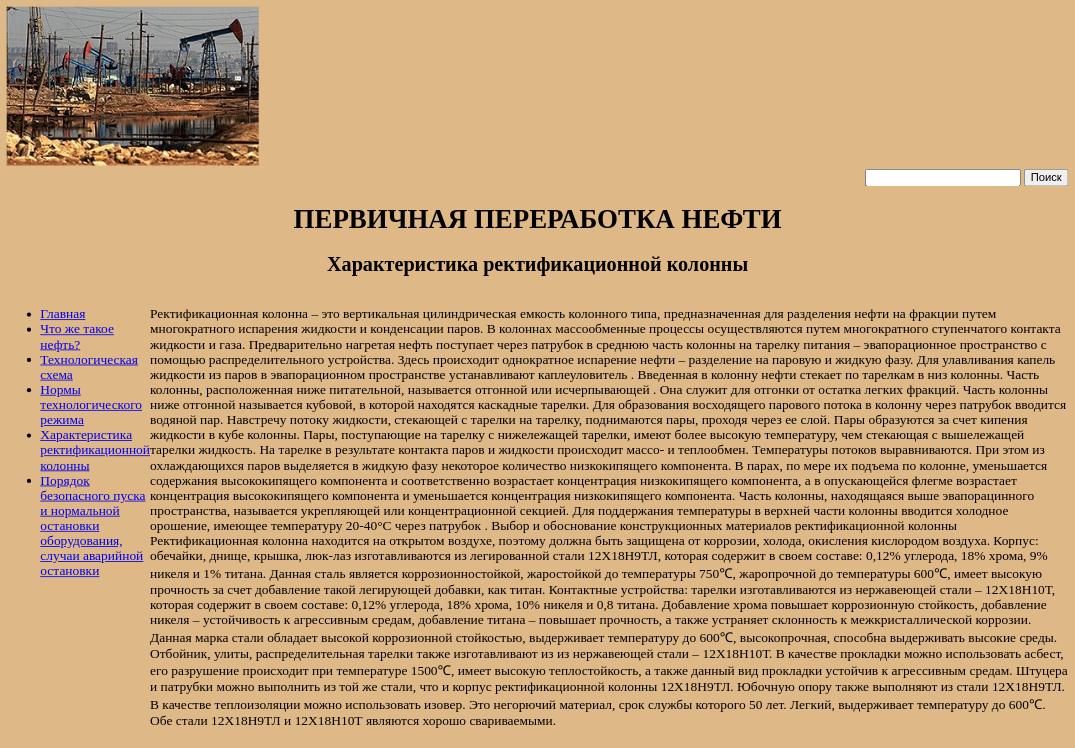
Repository: NastyaSeleznev/NastyaSeleznev.githab.io
Page: week1/harakter.html
The author's editor kept a record of every edit. The page is drawn from the files as they stood at one moment, then again after the next edit.
The browser window is 1280 px wide. The pictures show the whole page, at 84% of full size.

Above is the page before.

### week1/harakter.html
<!doctype html>
	<html>
		<head>
			<meta charset="utf-8">
			<link href="style.css" rel="stylesheet">
			<title>Что же такое нефть?</title>
		</head>
		<body>
			<header>
			<img src="dobycha-nefti.jpg">
			<form action="https://www.google.com/search" method="get" align="right">
  <input type="Искать здесь..." name="search">
  <input type="submit" value="Поиск">
</form>
<h1 align="center">ПЕРВИЧНАЯ ПЕРЕРАБОТКА НЕФТИ</h1>
			</header>
				<h2 align="center">Характеристика ректификационной колонны</h2>
			<div id="flex"
			<nav>
			<ul>
	<li><a href="index.html">Главная</a></li>
	<li><a href="nevti.html">Что же такое нефть?</a></li>
	<li><a href="sxem.html">Технологическая схема</a></li>
	<li><a href="norm.html">Нормы технологического режима</a></li>
	<li><a href="harakter.html">Характеристика ректификационной колонны</a></li>
	<li><a href="por.html">Порядок безопасного пуска и нормальной остановки оборудования, случаи аварийной остановки</a></li>
	</ul>
	</nav>
	<main>
			<p>Ректификационная колонна – это вертикальная цилиндрическая емкость колонного типа, предназначенная для разделения нефти на фракции путем многократного испарения жидкости и конденсации паров.
 В колоннах массообменные процессы осуществляются путем многократного ступенчатого контакта жидкости и газа.
Предварительно нагретая нефть поступает через патрубок в среднюю часть колонны на тарелку питания – эвапорационное пространство с помощью распределительного устройства. Здесь происходит однократное испарение нефти – разделение на паровую и жидкую фазу. Для улавливания капель жидкости из паров в эвапорационном пространстве устанавливают каплеуловитель .
Введенная в колонну нефти стекает по тарелкам в низ колонны. Часть колонны, расположенная ниже питательной, называется отгонной или исчерпывающей . Она служит для отгонки от остатка легких фракций. Часть колонны ниже отгонной называется кубовой, в которой находятся каскадные тарелки. Для образования восходящего парового потока в колонну через патрубок  вводится водяной пар.
Навстречу потоку жидкости, стекающей с тарелки на тарелку, поднимаются пары, проходя через ее слой. Пары образуются за счет кипения жидкости в кубе колонны. Пары, поступающие на тарелку с нижележащей тарелки, имеют более высокую температуру, чем стекающая с вышележащей тарелки жидкость. На тарелке в результате контакта паров и жидкости происходит массо- и теплообмен. Температуры потоков выравниваются. При этом из охлаждающихся паров выделяется в жидкую фазу некоторое количество низкокипящего компонента. В парах, по мере их подъема по колонне, уменьшается содержания высококипящего компонента и соответственно возрастает концентрация низкокипящего компонента, а в опускающейся флегме возрастает концентрация высококипящего компонента и уменьшается концентрация низкокипящего компонента.
Часть колонны, находящаяся выше эвапорацинного пространства, называется укрепляющей или концентрационной секцией.
Для поддержания температуры в верхней части колонны вводится холодное орошение, имеющее температуру 20-40°С через патрубок .
Выбор и обоснование конструкционных материалов ректификационной колонны
Ректификационная колонна находится на открытом воздухе, поэтому должна быть защищена от коррозии, холода, окисления кислородом воздуха.
Корпус: обечайки, днище, крышка, люк-лаз изготавливаются из легированной стали 12Х18Н9ТЛ, которая содержит в своем составе: 0,12% углерода, 18% хрома, 9% никеля и 1% титана. Данная сталь является коррозионностойкой, жаростойкой до температуры 750℃, жаропрочной до температуры 600℃, имеет высокую прочность за счет добавление такой легирующей добавки, как титан.
Контактные устройства: тарелки изготавливаются из нержавеющей стали – 12Х18Н10Т, которая содержит в своем составе: 0,12% углерода, 18% хрома, 10% никеля и 0,8 титана.
Добавление хрома повышает коррозионную стойкость, добавление никеля – устойчивость к агрессивным средам, добавление титана – повышает прочность, а также устраняет склонность к межкристаллической коррозии. Данная марка стали обладает высокой коррозионной стойкостью, выдерживает температуру до 600℃, высокопрочная, способна выдерживать высокие среды.
Отбойник, улиты, распределительная тарелки также изготавливают из из нержавеющей стали – 12Х18Н10Т.
В качестве прокладки можно использовать асбест, его разрушение происходит при температуре 1500℃, имеет высокую теплостойкость, а также данный вид прокладки устойчив к агрессивным средам.
Штуцера и патрубки можно выполнить из той же стали, что и корпус ректификационной колонны 12Х18Н9ТЛ.
Юбочную опору также  выполняют из стали 12Х18Н9ТЛ.
В качестве теплоизоляции можно использовать изовер. Это негорючий материал, срок службы которого 50 лет. Легкий, выдерживает температуру до 600℃.
Обе стали 12Х18Н9ТЛ и 12Х18Н10Т являются хорошо свариваемыми.

			</main>
			</div>
		</body>
	</html>

### week1/style.css
body {
  background-color: #DEB887;
}
#flex {
  display: flex;
  flex-direction: row;
  justify-content: flex-start;
}

nav {
     background-color: #DA70D6;
}

After the next edit:
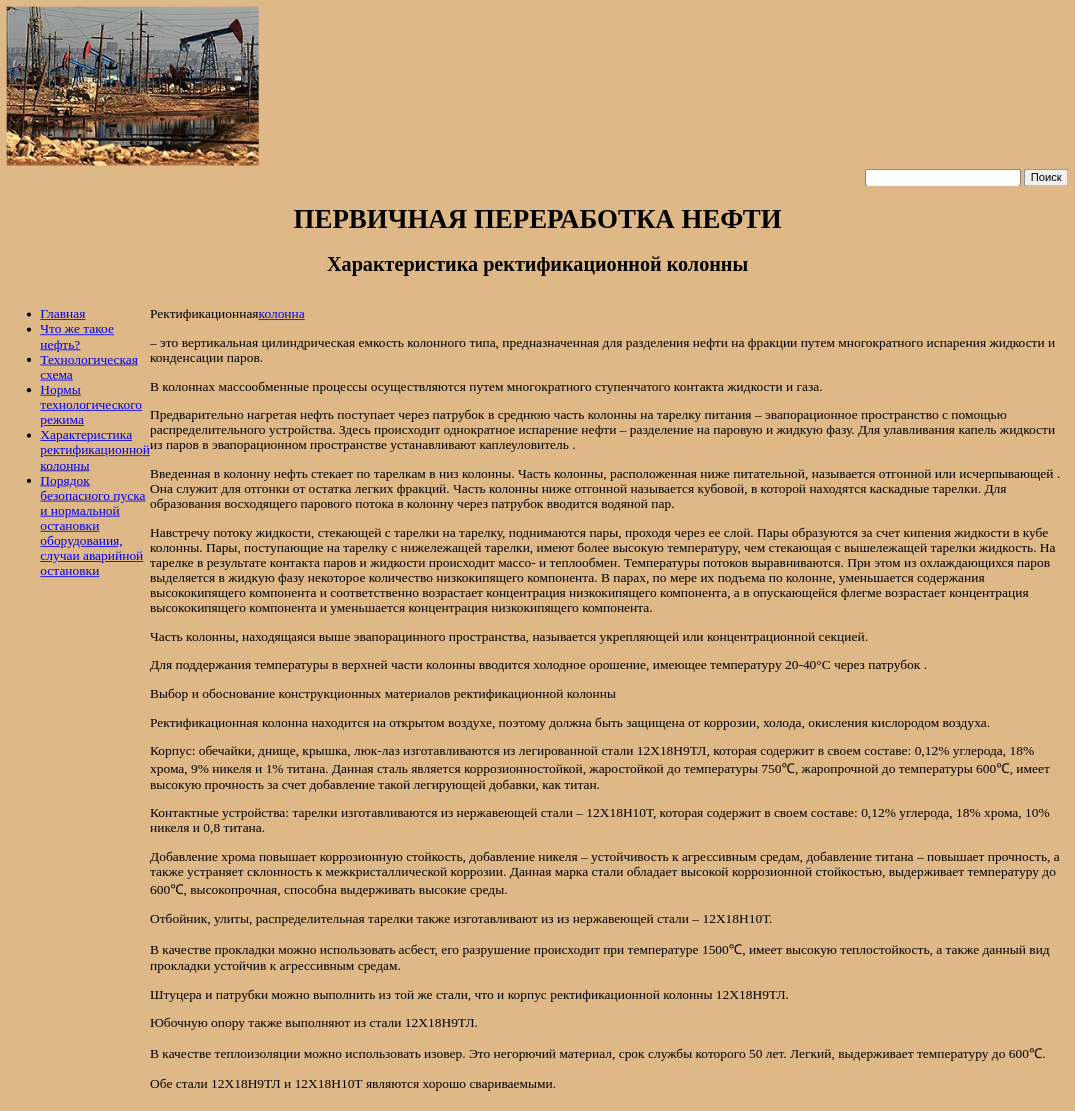
The edit:
--- a/week1/harakter.html
+++ b/week1/harakter.html
@@ -27,24 +27,24 @@
 	</ul>
 	</nav>
 	<main>
-			<p>Ректификационная колонна – это вертикальная цилиндрическая емкость колонного типа, предназначенная для разделения нефти на фракции путем многократного испарения жидкости и конденсации паров.
- В колоннах массообменные процессы осуществляются путем многократного ступенчатого контакта жидкости и газа.
-Предварительно нагретая нефть поступает через патрубок в среднюю часть колонны на тарелку питания – эвапорационное пространство с помощью распределительного устройства. Здесь происходит однократное испарение нефти – разделение на паровую и жидкую фазу. Для улавливания капель жидкости из паров в эвапорационном пространстве устанавливают каплеуловитель .
-Введенная в колонну нефти стекает по тарелкам в низ колонны. Часть колонны, расположенная ниже питательной, называется отгонной или исчерпывающей . Она служит для отгонки от остатка легких фракций. Часть колонны ниже отгонной называется кубовой, в которой находятся каскадные тарелки. Для образования восходящего парового потока в колонну через патрубок  вводится водяной пар.
-Навстречу потоку жидкости, стекающей с тарелки на тарелку, поднимаются пары, проходя через ее слой. Пары образуются за счет кипения жидкости в кубе колонны. Пары, поступающие на тарелку с нижележащей тарелки, имеют более высокую температуру, чем стекающая с вышележащей тарелки жидкость. На тарелке в результате контакта паров и жидкости происходит массо- и теплообмен. Температуры потоков выравниваются. При этом из охлаждающихся паров выделяется в жидкую фазу некоторое количество низкокипящего компонента. В парах, по мере их подъема по колонне, уменьшается содержания высококипящего компонента и соответственно возрастает концентрация низкокипящего компонента, а в опускающейся флегме возрастает концентрация высококипящего компонента и уменьшается концентрация низкокипящего компонента.
-Часть колонны, находящаяся выше эвапорацинного пространства, называется укрепляющей или концентрационной секцией.
-Для поддержания температуры в верхней части колонны вводится холодное орошение, имеющее температуру 20-40°С через патрубок .
-Выбор и обоснование конструкционных материалов ректификационной колонны
-Ректификационная колонна находится на открытом воздухе, поэтому должна быть защищена от коррозии, холода, окисления кислородом воздуха.
-Корпус: обечайки, днище, крышка, люк-лаз изготавливаются из легированной стали 12Х18Н9ТЛ, которая содержит в своем составе: 0,12% углерода, 18% хрома, 9% никеля и 1% титана. Данная сталь является коррозионностойкой, жаростойкой до температуры 750℃, жаропрочной до температуры 600℃, имеет высокую прочность за счет добавление такой легирующей добавки, как титан.
-Контактные устройства: тарелки изготавливаются из нержавеющей стали – 12Х18Н10Т, которая содержит в своем составе: 0,12% углерода, 18% хрома, 10% никеля и 0,8 титана.
-Добавление хрома повышает коррозионную стойкость, добавление никеля – устойчивость к агрессивным средам, добавление титана – повышает прочность, а также устраняет склонность к межкристаллической коррозии. Данная марка стали обладает высокой коррозионной стойкостью, выдерживает температуру до 600℃, высокопрочная, способна выдерживать высокие среды.
-Отбойник, улиты, распределительная тарелки также изготавливают из из нержавеющей стали – 12Х18Н10Т.
-В качестве прокладки можно использовать асбест, его разрушение происходит при температуре 1500℃, имеет высокую теплостойкость, а также данный вид прокладки устойчив к агрессивным средам.
-Штуцера и патрубки можно выполнить из той же стали, что и корпус ректификационной колонны 12Х18Н9ТЛ.
-Юбочную опору также  выполняют из стали 12Х18Н9ТЛ.
-В качестве теплоизоляции можно использовать изовер. Это негорючий материал, срок службы которого 50 лет. Легкий, выдерживает температуру до 600℃.
-Обе стали 12Х18Н9ТЛ и 12Х18Н10Т являются хорошо свариваемыми.
+			<p>Ректификационная<a href="https://youtu.be/_OWTayWge0U">колонна</a></p> – это вертикальная цилиндрическая емкость колонного типа, предназначенная для разделения нефти на фракции путем многократного испарения жидкости и конденсации паров.
+ <p>В колоннах массообменные процессы осуществляются путем многократного ступенчатого контакта жидкости и газа.
+<p>Предварительно нагретая нефть поступает через патрубок в среднюю часть колонны на тарелку питания – эвапорационное пространство с помощью распределительного устройства. Здесь происходит однократное испарение нефти – разделение на паровую и жидкую фазу. Для улавливания капель жидкости из паров в эвапорационном пространстве устанавливают каплеуловитель .
+<p>Введенная в колонну нефть стекает по тарелкам в низ колонны. Часть колонны, расположенная ниже питательной, называется отгонной или исчерпывающей . Она служит для отгонки от остатка легких фракций. Часть колонны ниже отгонной называется кубовой, в которой находятся каскадные тарелки. Для образования восходящего парового потока в колонну через патрубок  вводится водяной пар.
+<p>Навстречу потоку жидкости, стекающей с тарелки на тарелку, поднимаются пары, проходя через ее слой. Пары образуются за счет кипения жидкости в кубе колонны. Пары, поступающие на тарелку с нижележащей тарелки, имеют более высокую температуру, чем стекающая с вышележащей тарелки жидкость. На тарелке в результате контакта паров и жидкости происходит массо- и теплообмен. Температуры потоков выравниваются. При этом из охлаждающихся паров выделяется в жидкую фазу некоторое количество низкокипящего компонента. В парах, по мере их подъема по колонне, уменьшается содержания высококипящего компонента и соответственно возрастает концентрация низкокипящего компонента, а в опускающейся флегме возрастает концентрация высококипящего компонента и уменьшается концентрация низкокипящего компонента.
+<p>Часть колонны, находящаяся выше эвапорацинного пространства, называется укрепляющей или концентрационной секцией.
+<p>Для поддержания температуры в верхней части колонны вводится холодное орошение, имеющее температуру 20-40°С через патрубок .
+<p>Выбор и обоснование конструкционных материалов ректификационной колонны
+<p>Ректификационная колонна находится на открытом воздухе, поэтому должна быть защищена от коррозии, холода, окисления кислородом воздуха.
+<p>Корпус: обечайки, днище, крышка, люк-лаз изготавливаются из легированной стали 12Х18Н9ТЛ, которая содержит в своем составе: 0,12% углерода, 18% хрома, 9% никеля и 1% титана. Данная сталь является коррозионностойкой, жаростойкой до температуры 750℃, жаропрочной до температуры 600℃, имеет высокую прочность за счет добавление такой легирующей добавки, как титан.
+<p>Контактные устройства: тарелки изготавливаются из нержавеющей стали – 12Х18Н10Т, которая содержит в своем составе: 0,12% углерода, 18% хрома, 10% никеля и 0,8 титана.
+<p>Добавление хрома повышает коррозионную стойкость, добавление никеля – устойчивость к агрессивным средам, добавление титана – повышает прочность, а также устраняет склонность к межкристаллической коррозии. Данная марка стали обладает высокой коррозионной стойкостью, выдерживает температуру до 600℃, высокопрочная, способна выдерживать высокие среды.
+<p>Отбойник, улиты, распределительная тарелки также изготавливают из из нержавеющей стали – 12Х18Н10Т.
+<p>В качестве прокладки можно использовать асбест, его разрушение происходит при температуре 1500℃, имеет высокую теплостойкость, а также данный вид прокладки устойчив к агрессивным средам.
+<p>Штуцера и патрубки можно выполнить из той же стали, что и корпус ректификационной колонны 12Х18Н9ТЛ.
+<p>Юбочную опору также  выполняют из стали 12Х18Н9ТЛ.
+<p>В качестве теплоизоляции можно использовать изовер. Это негорючий материал, срок службы которого 50 лет. Легкий, выдерживает температуру до 600℃.
+<p>Обе стали 12Х18Н9ТЛ и 12Х18Н10Т являются хорошо свариваемыми.</p>
 
 			</main>
 			</div>
